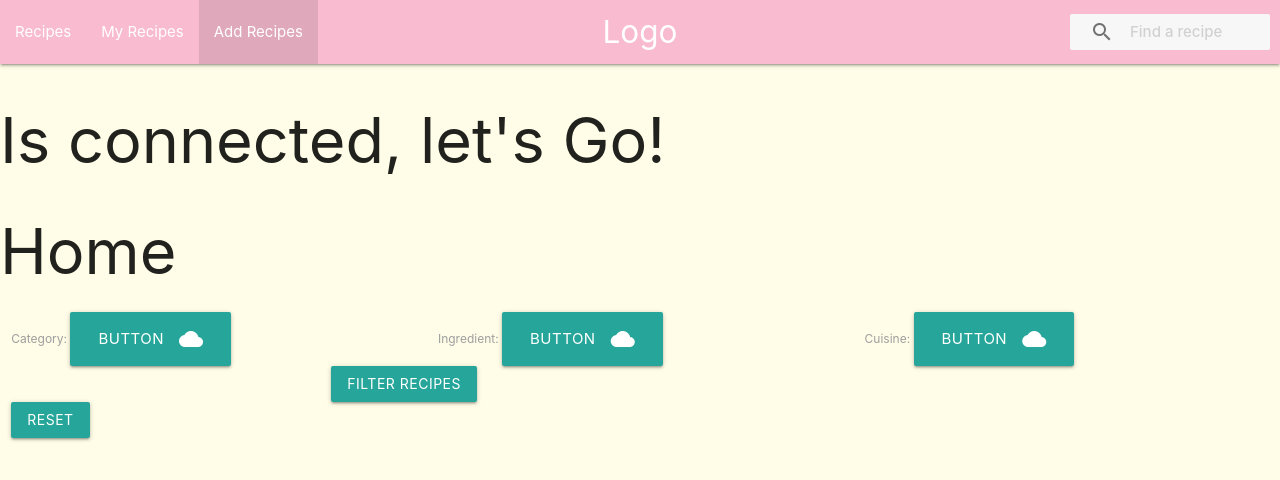
Repository: pazcm/cook-book
Page: templates/home.html
The author's editor kept a record of every edit. The page is drawn from the files as they stood at one moment, then again after the next edit.
The browser window is 1280 px wide. The pictures show the whole page.
Some web libraries are served in a nearby version. The page is served by the project's application, run on Flask 3 (app.py). The template is opened directly, without the code that normally fills it, so the values that code supplies are empty.

Above is the page before.

### templates/home.html
{% extends 'base.html' %}
{% block content %}
<h1>Home</h1>
    <div class="row">
        <form action="/list_recipes" class="form-container" method="POST">
    <div class="form-row">
        <div class="col s12 offset-m4 l4 form-filter">
            <label for="category" class="category-filter">Category: </label>
                <a class="waves-effect waves-light btn-large"><i class="material-icons right">cloud</i>button</a>
        </div>
        <div class="col s12 offset-m4 l4 form-filter">
            <label for="category" class="category-filter">Ingredient: </label>
                <a class="waves-effect waves-light btn-large"><i class="material-icons right">cloud</i>button</a>
        </div>
        <div class="col s12 offset-m4 l4 form-filter">
            <label for="category" class="category-filter">Cuisine: </label>
                <a class="waves-effect waves-light btn-large"><i class="material-icons right">cloud</i>button</a>
        </div>
    </div>
        <!-- submit / reset -->
        <div class="form-row">
            <div class="col s6 m6 offset-l3 l3">
                <button class="btn btn-filter" type="Submit">Filter Recipes</button>
            </div>
            <div class="col s12 m-6 l-3">
                <button href="{{url_for('list_recipes', recipes=recipes, category=category, ingredient=ingredient, cuisine=cuisine)}}" class="btn">Reset</button>
            </div>
        </div>
    </form>
    </div>
{% endblock %}

### templates/base.html
<!DOCTYPE html>
<html lang="en">
<html>
    <head>
        <meta charset="UTF-8">
        <meta name="viewport" content="width=device-width, initial-scale=1.0">
        <meta http-equiv="X-UA-Compatible" content="ie=edge">
        <!-- fonts icons -->
        <link href="https://fonts.googleapis.com/icon?family=Material+Icons" rel="stylesheet">
        <link href="https://stackpath.bootstrapcdn.com/font-awesome/4.7.0/css/font-awesome.min.css">
        <!-- Materialize -->
        <link rel="stylesheet" href="https://cdnjs.cloudflare.com/ajax/libs/materialize/1.0.0/css/materialize.min.css">
        <!-- custom CSS -->
        <link rel="stylesheet" href="{{ url_for('static', filename='css/style.css') }}" type="text/css" />

        <title>Cook Book app</title>
    </head>
    <body>
        <!-- Header - Navigation bar -->
        <nav>
            <div class="nav-wrapper">
            <!--sidenav-->
                <ul id="slide-out" class="sidenav">
                    <li>
                        <div class="user-view">
                            <div class="background">
                                <img src="static/images/yellow-unsplash.jpg">
                            </div>
                            <a href="#user"><img class="circle" src="static/images/toa-unsplash.jpg"></a>
                            <a href="#name"><span class="white-text name">Mary Jane</span></a>
                            <a href="#email"><span class="white-text email">maryjane@example.com</span></a>
                        </div>
                    </li>
                    <li><a href="#!"><i class="material-icons">local_dining</i>Link Logo Cook Book</a></li>
                    <li>
                        <div class="divider"></div>
                    </li>
                    <li><a class="subheader">Browse</a></li>
                    <li><a class="waves-effect" href="#!">Recipes</a></li>
                    <li><a class="waves-effect" href="#!">My Recipes</a></li>
                    <li><a class="waves-effect" href="#!">Add Recipes</a></li>
                </ul>
                <a href="#" data-target="slide-out" class="sidenav-trigger"><i class="material-icons">menu</i></a>
                <!--end sidenav-->

                <!--navbar menu-->
                <a href="#" class="brand-logo center">Logo</a>
                <ul id="nav-mobile" class="left hide-on-med-and-down">
                    <li><a href="templates/recipes.html">Recipes</a></li>
                    <li><a href="templates/my-recipes.html">My Recipes</a></li>
                    <li class="active"><a href="templates/add-recipes.html">Add Recipes</a></li>
                </ul>
                <div class="search-box">
                        <form action="" class="browser-default right">
                            <input id="search-input" placeholder="Find a recipe" type="text" class="browser-default search-field" name="q" value="" autocomplete="off" aria-label="Search box">
                            <label for="search-input"><i class="material-icons search-icon active">search</i></label>
                      </form>
                </div>
            </div>
            <!--end navebar menu-->
        </nav>
        <h1>Is connected, let's Go!</h1>
        {% block content %}
        {% endblock %}


        <!-- jQuery-->
        <script src="https://cdnjs.cloudflare.com/ajax/libs/jquery/3.2.1/jquery.min.js"></script>
        <!-- Compiled and minified JavaScript -->
        <script src="https://cdnjs.cloudflare.com/ajax/libs/materialize/1.0.0/js/materialize.min.js"></script>

        <!-- Collapsible Sidenav  -->
        <script type="text/javascript">
             $(document).ready(function () {
                    $('.sidenav').sidenav();
                });
        </script>

        <!--search box-->
        <script type="text/javascript">
            /* hide when expanded*/
document.querySelector(".search-field").addEventListener("focus", function() {
  let hidden = document.querySelectorAll(".search-hide");

  for (let i = 0; i < hidden.length; ++i) {
    hidden[i].style.display = "none";
  }
});

/* show when expanded*/
document.querySelector(".search-field")
  .addEventListener("focusout", function() {
    let hidden = document.querySelectorAll(".search-icon");
    for (let i = 0; i < hidden.length; ++i) {
      hidden[i].style.display = "block";
    }
  });


        </script>
    </body>
</html>

### app.py
import os
from flask import Flask, render_template, redirect, request, url_for
from flask_pymongo import PyMongo
from bson.objectid import ObjectId

app = Flask(__name__)
app.config["MONGO_DBNAME"] = 'cook-book-db'
app.config["MONGO_URI"] = 'mongodb+srv://root:r00tUser@cluster2-6phdr.mongodb.net/cook-book-db?retryWrites=true&w=majority'

mongo = PyMongo(app)


@app.route('/')
@app.route('/get_recipe')
def get_recipe():
    return render_template("recipes.html", recipes=mongo.db.recipes.find())


if __name__ == '__main__':
    app.run(host=os.environ.get('IP'),
            port=int(os.environ.get('PORT')),
            debug=True)

### static/css/style.css
body {
  background-color: #fffde7;
}

nav .nav-wrapper {
  background-color: #f8bbd0;
  margin-right: 0;
}

/* search box */

nav .search-box {
  position: relative;
  height: 100%;
  margin-right: 10px;
}

input.search-field {
  width: 1px;
  margin-right: 0;
  padding: 10px 25px;
  font-weight: 500;
  color: rgba(0, 0, 0, 0.54);
  border-radius: 2px;
  border: 0;
  height: 36px;
  background: #f7f7f7;
  transition: background 0.2s, width .2s;
}

input.search-field:hover {
  background: #ebebeb;
}

input.search-field:focus {
  width: 100vw;
  padding: 8px 8px 8px 50px;
}

.search-icon {
  position: absolute;
  top: 0;
  padding-left: 15px;
  color: rgba(0, 0, 0, 0.54);
}



/* Media queries */
@media (min-width: 600px) {

  /* search box */

  input.search-field {
    padding: 8px 8px 8px 60px;
    width: 200px;
  }

  input.search-field:focus {
    width: 100%;

  }

  .search-icon {
    padding-left: 20px;
  }

}

After the next edit:
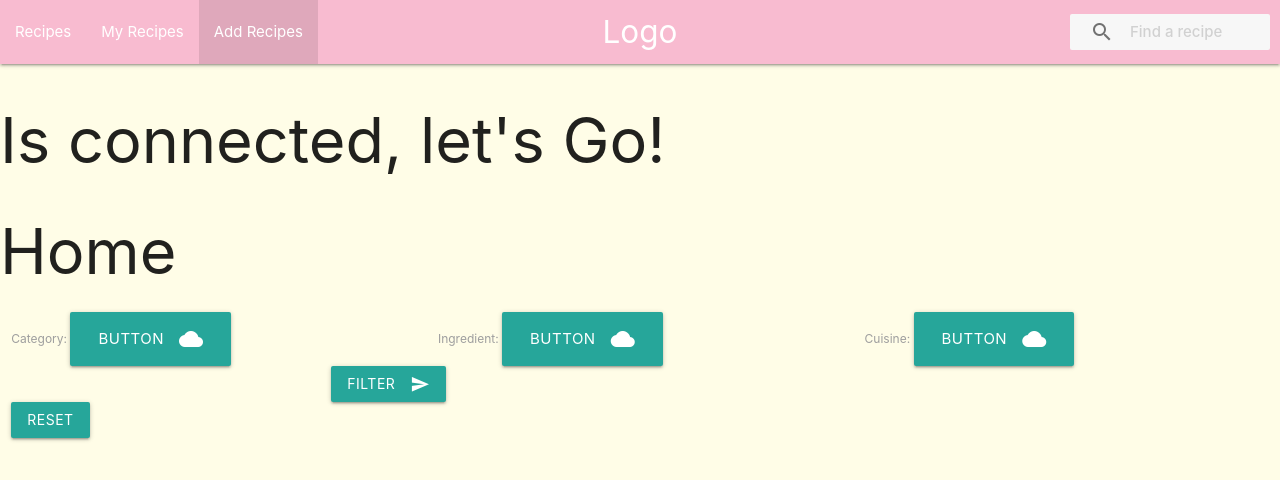
The edit:
--- a/templates/home.html
+++ b/templates/home.html
@@ -20,8 +20,11 @@
         <!-- submit / reset -->
         <div class="form-row">
             <div class="col s6 m6 offset-l3 l3">
-                <button class="btn btn-filter" type="Submit">Filter Recipes</button>
+                <button class="btn waves-effect waves-light" type="submit" name="action">Filter
+                    <i class="material-icons right">send</i>
+                </button>
             </div>
+
             <div class="col s12 m-6 l-3">
                 <button href="{{url_for('list_recipes', recipes=recipes, category=category, ingredient=ingredient, cuisine=cuisine)}}" class="btn">Reset</button>
             </div>
